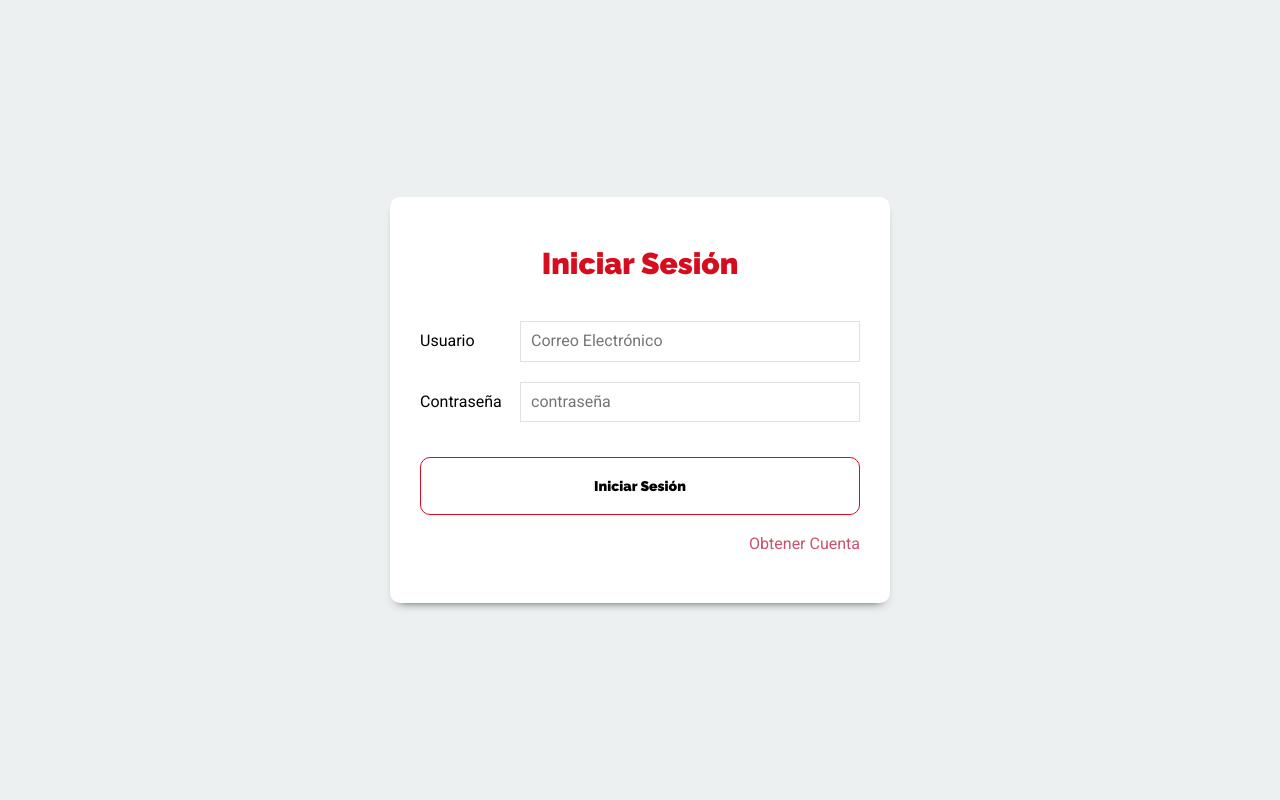
Repository: andrescovarrubias/admin-proyectos
Page: / (app in cliente/)
These files come from the project's save history. The page is drawn as it stood at one moment and after the next save; the edit follows.
The browser window is 1280 px wide. The pictures show the whole page.
The project was rebuilt for these pictures with package versions that can differ from the ones it lists, and the page was loaded fresh each time. Also part of the build but not shown: cliente/src/components/auth/NuevaCuenta.jsx, cliente/src/components/proyectos/NuevoProyecto.jsx, cliente/src/components/layout/SideBar.jsx, cliente/src/components/proyectos/Proyectos.jsx.

Above is the page before, as saved 2020-10-31 17:37:54.

After the next save:
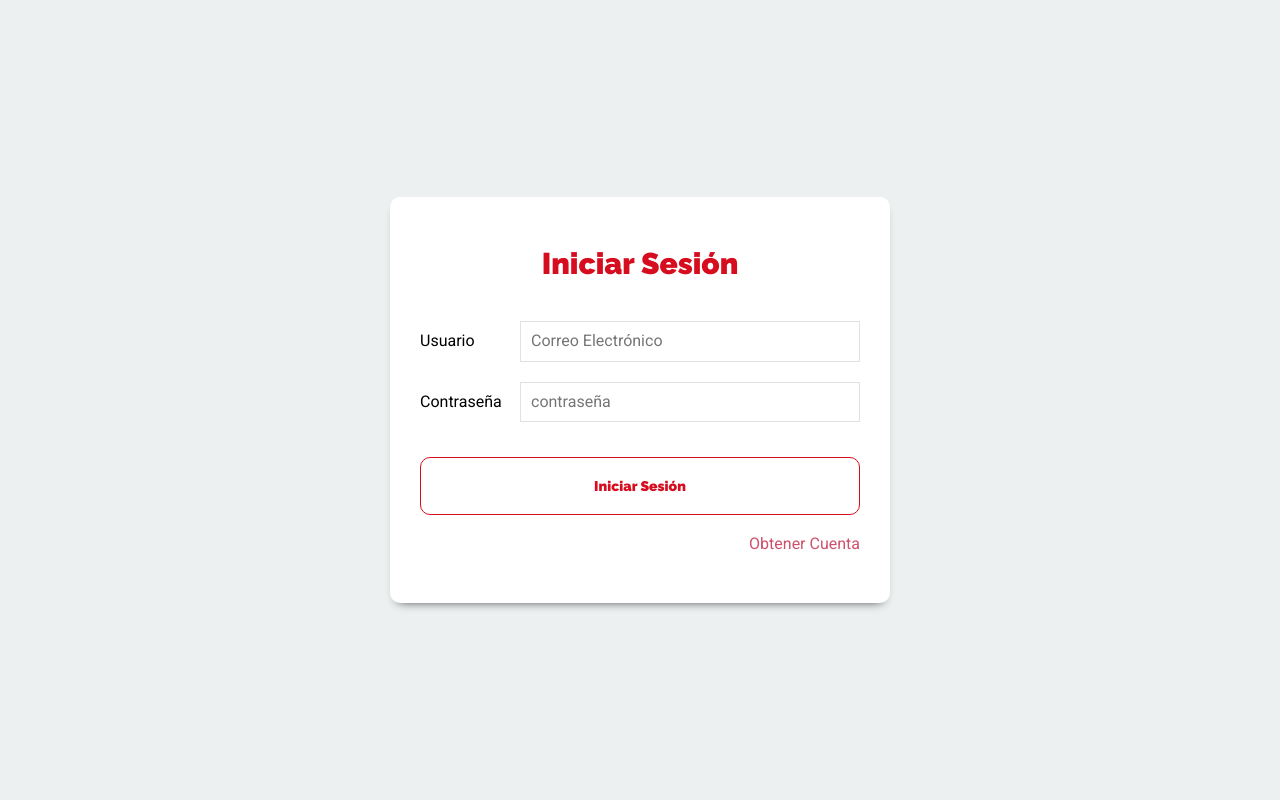
Saved 34 s later.
--- a/cliente/src/index.css
+++ b/cliente/src/index.css
@@ -74,7 +74,7 @@ a {
 }
 .btn-primario {
   background-color: var(--blanco);
-  color: black;
+  color: var(--rojo);
 }
 .btn-primario:hover {
   background: var(--rojo3);
